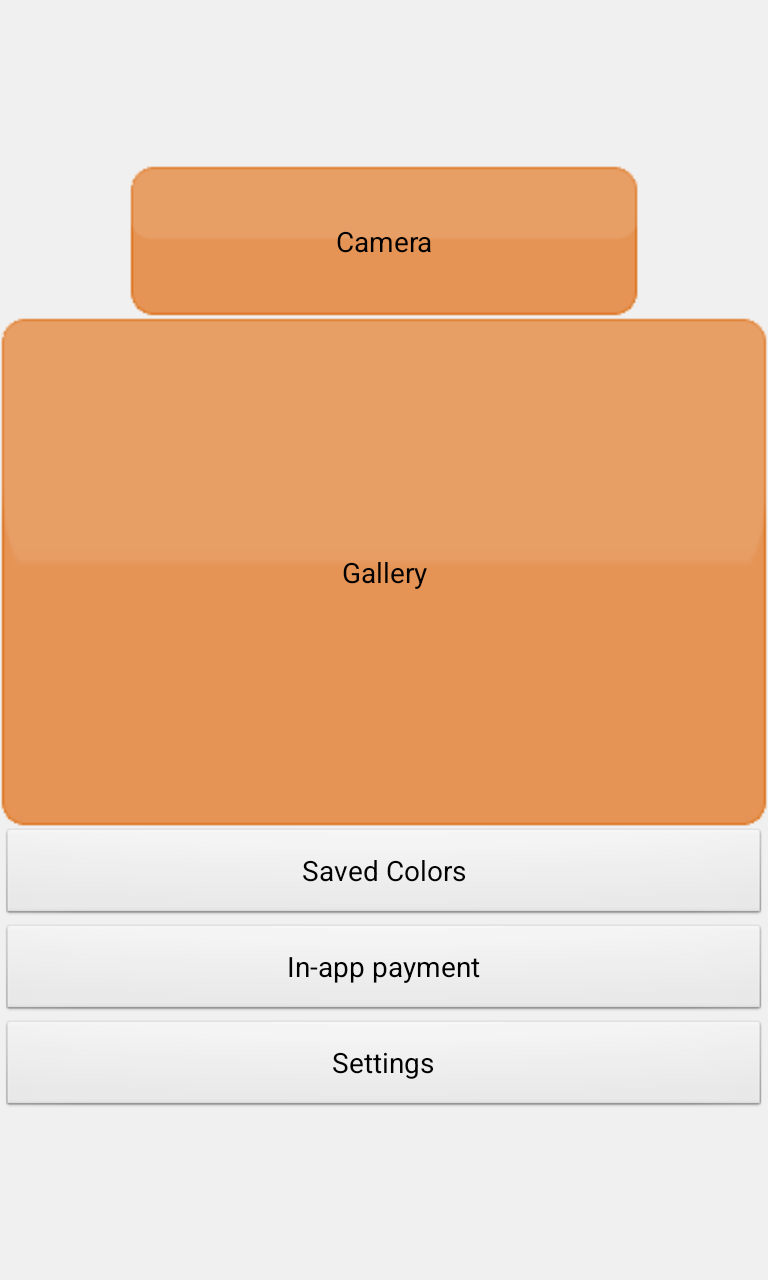
Repository: jwanglof/Rangi
Layout: client/Rangi/res/layout/mainmenu.xml
These files come from the project's save history. The layout is drawn as it stood at one moment and after the next save; the edit follows.
It is drawn on a 768 x 1280 px phone screen (xhdpi) without system bars, with theme android:Theme.NoTitleBar; the app's code is not run.

Above is the layout before, as saved 2012-11-01 14:25:11.

### client/Rangi/res/layout/mainmenu.xml
<?xml version="1.0" encoding="utf-8"?>
<LinearLayout xmlns:android="http://schemas.android.com/apk/res/android"
    android:layout_width="fill_parent"
    android:layout_height="fill_parent"
    android:background="#f0f0f0"
    android:gravity="center|center_vertical"
    android:orientation="vertical" >

    <Button
        android:id="@+id/camera_button"
        android:layout_width="255dp"
        android:layout_height="wrap_content"
        android:background="@drawable/button_background"
        android:gravity="center_vertical|center_horizontal|center"
        android:onClick="camera"
        android:text="@string/camera" />

    <Button
        android:id="@+id/gallery_button"
        android:layout_width="fill_parent"
        android:layout_height="255dp"
        android:background="@drawable/button_background"
        android:onClick="gallery"
        android:text="@string/gallery" />

    <Button
        android:id="@+id/saved_colors_button"
        android:layout_width="fill_parent"
        android:layout_height="wrap_content"
        android:onClick="saved_colors"
        android:text="@string/saved_colors" />

    <Button
        android:id="@+id/in_app_button"
        android:layout_width="fill_parent"
        android:layout_height="wrap_content"
        android:onClick="in_app"
        android:text="@string/in_app_payment" />

    <Button
        android:id="@+id/settings_button"
        android:layout_width="fill_parent"
        android:layout_height="wrap_content"
        android:onClick="settings"
        android:text="@string/settings" />

</LinearLayout>

### client/Rangi/res/values/strings.xml
<?xml version="1.0" encoding="utf-8"?>
<resources>
    <string name="camera_name">Rangi - Camera</string>
    <string name="app_name">Rangi</string>
    <string name="m_square_tool">Square</string>
    <string name="m_circle_tool">Circle</string>
    <string name="m_freehand_tool">Freehand</string>
    <string name="m_analyze_tool">Analyze</string>
    <string name="gallery">Gallery</string>
    <string name="saved_colors">Saved Colors</string>
    <string name="camera">Camera</string>
    <string name="in_app_payment">In-app payment</string>
    <string name="settings">Settings</string>

</resources>

After the next save:
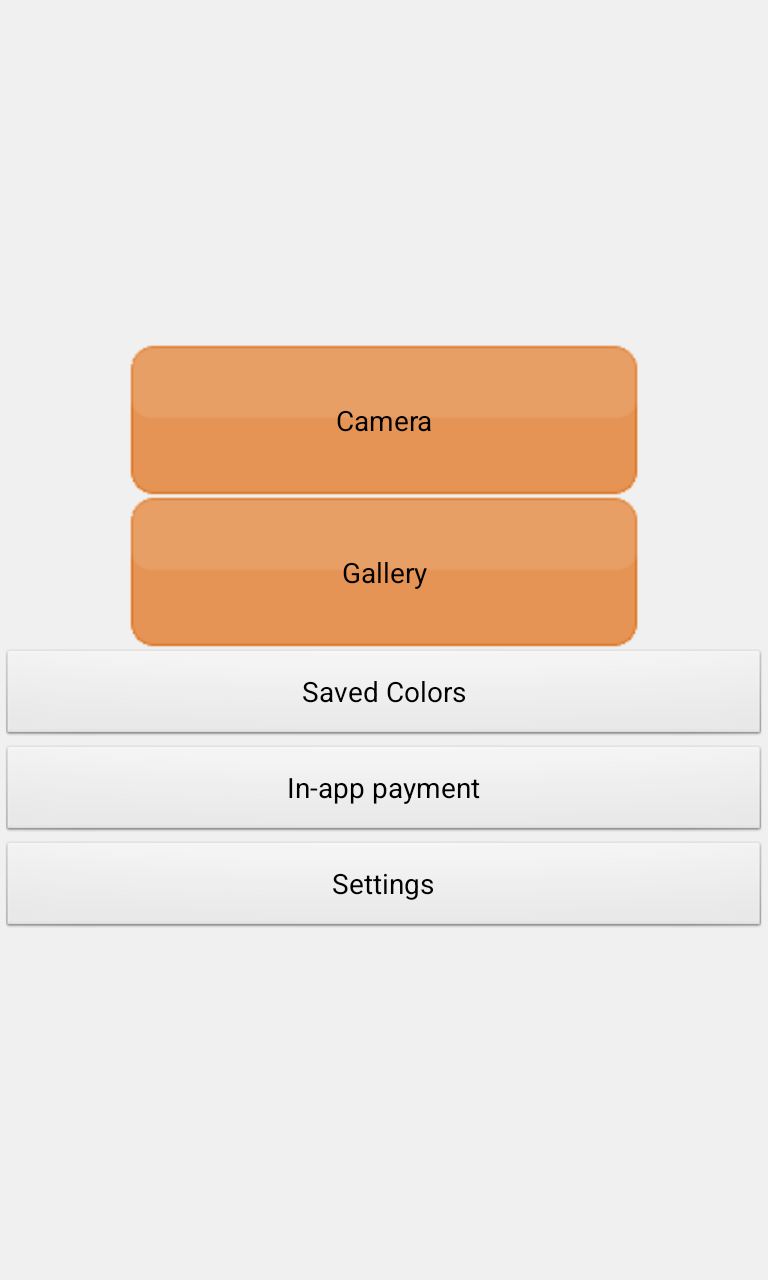
Saved 50 s later.
--- a/client/Rangi/res/layout/mainmenu.xml
+++ b/client/Rangi/res/layout/mainmenu.xml
@@ -17,8 +17,8 @@
 
     <Button
         android:id="@+id/gallery_button"
-        android:layout_width="fill_parent"
-        android:layout_height="255dp"
+        android:layout_width="255dp"
+        android:layout_height="wrap_content"
         android:background="@drawable/button_background"
         android:onClick="gallery"
         android:text="@string/gallery" />
